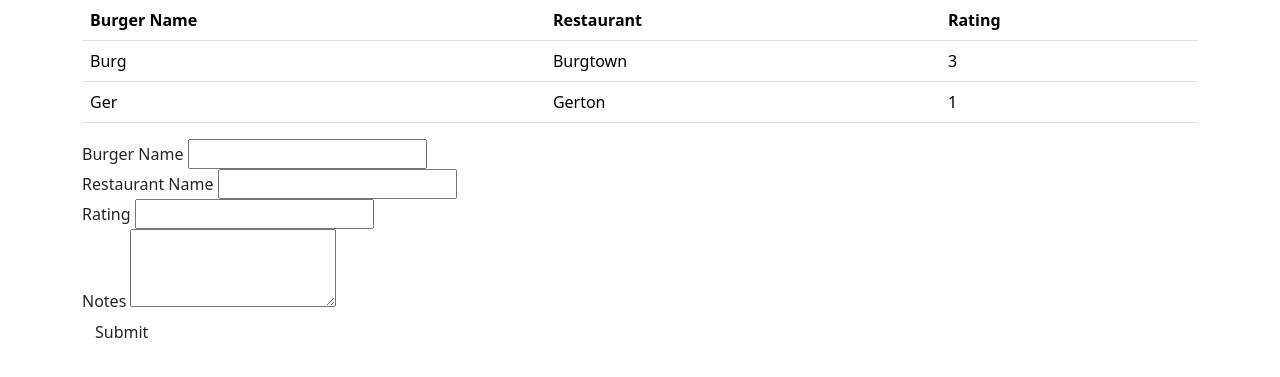
Repository: Hokusai12/Java_Dojo
Page: http://localhost/burgertracker/WEB-INF/index.jsp
The author's editor kept a copy of each file at every save. The page is drawn from the files as they stood at one save, then again after the next save.
The browser window is 1280 px wide. The pictures show the whole page.
The page is served by Tomcat 9. Nobody is signed in. Other server files are loaded and not shown. The template is opened directly, without the code that normally fills it, so the values that code supplies are empty.

Above is the page before, as saved 2023-03-05 18:20:17.

### Spring/MVC/burgertracker/src/main/webapp/WEB-INF/index.jsp
<%@ page language="java" contentType="text/html; charset=ISO-8859-1"
    pageEncoding="ISO-8859-1"%>
<%@ taglib prefix="c" uri="http://java.sun.com/jsp/jstl/core" %>
<!DOCTYPE html>
<html>
<head>
<meta charset="ISO-8859-1">
<link href="https://cdn.jsdelivr.net/npm/bootstrap@5.3.0-alpha1/dist/css/bootstrap.min.css" rel="stylesheet" integrity="sha384-GLhlTQ8iRABdZLl6O3oVMWSktQOp6b7In1Zl3/Jr59b6EGGoI1aFkw7cmDA6j6gD" crossorigin="anonymous">
<title>Burgerator</title>
</head>
<body>
	<div class="container">
		<table class="table">
			<thead>
				<tr>
					<th>Burger Name</th>
					<th>Restaurant</th>
					<th>Rating</th>
				</tr>
			</thead>
			<tbody>
				<tr>
					<td>Burg</td>
					<td>Burgtown</td>
					<td>3</td>
				</tr>
				<tr>
					<td>Ger</td>
					<td>Gerton</td>
					<td>1</td>
				</tr>
			</tbody>
		</table>
	</div>
	<div class="container">
		<form class="form" action="">
			<div>
				<label for="name">Burger Name</label>
				<input type="text" name="name"/>
			</div>
			<div>
				<label for="restaurant">Restaurant Name</label>
				<input type="text" name="restaurant"/>
			</div>
			<div>
				<label for="rating">Rating</label>
				<input type="text" name="rating"/>
			</div>
			<div>
				<label for="notes">Notes</label>
				<textarea name="notes" id="notes" cols="20" rows="3"></textarea>
			</div>
			<input class="btn" type="submit" value="Submit"/>
		</form>
	</div>
</body>
</html>

After the next save:
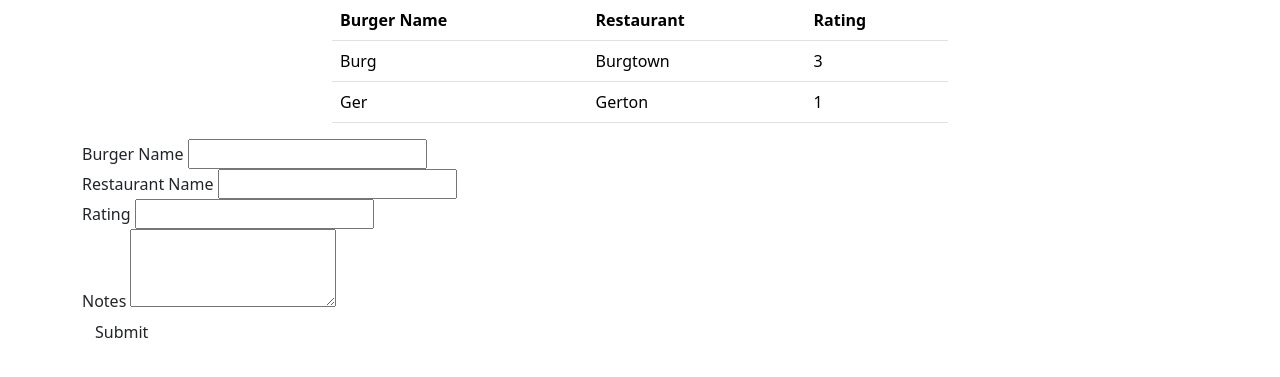
Saved 38 s later.
--- a/Spring/MVC/burgertracker/src/main/webapp/WEB-INF/index.jsp
+++ b/Spring/MVC/burgertracker/src/main/webapp/WEB-INF/index.jsp
@@ -9,7 +9,7 @@
 <title>Burgerator</title>
 </head>
 <body>
-	<div class="container">
+	<div class="container col-6">
 		<table class="table">
 			<thead>
 				<tr>
@@ -32,8 +32,8 @@
 			</tbody>
 		</table>
 	</div>
-	<div class="container">
-		<form class="form" action="">
+	<div class="container d-flex">
+		<form class="" action="">
 			<div>
 				<label for="name">Burger Name</label>
 				<input type="text" name="name"/>

After the save that followed:
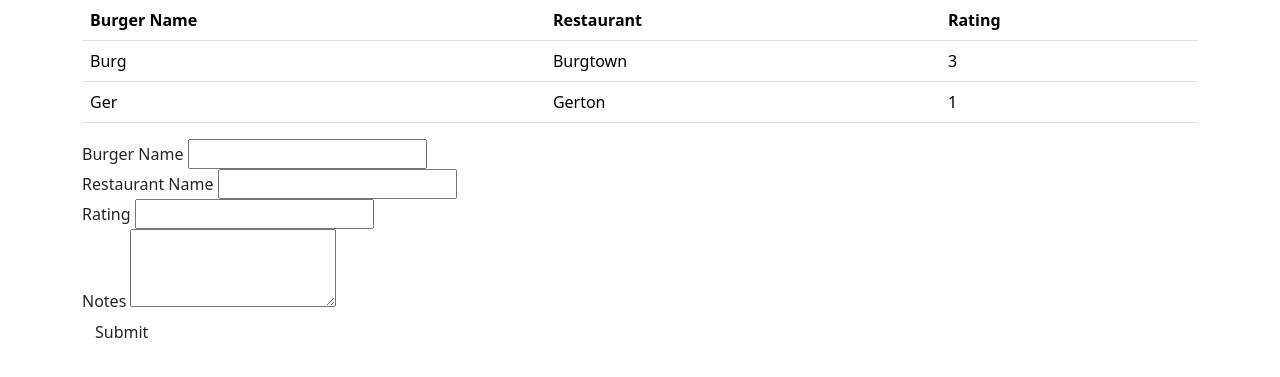
Saved 4 s later.
--- a/Spring/MVC/burgertracker/src/main/webapp/WEB-INF/index.jsp
+++ b/Spring/MVC/burgertracker/src/main/webapp/WEB-INF/index.jsp
@@ -9,7 +9,7 @@
 <title>Burgerator</title>
 </head>
 <body>
-	<div class="container col-6">
+	<div class="container">
 		<table class="table">
 			<thead>
 				<tr>
